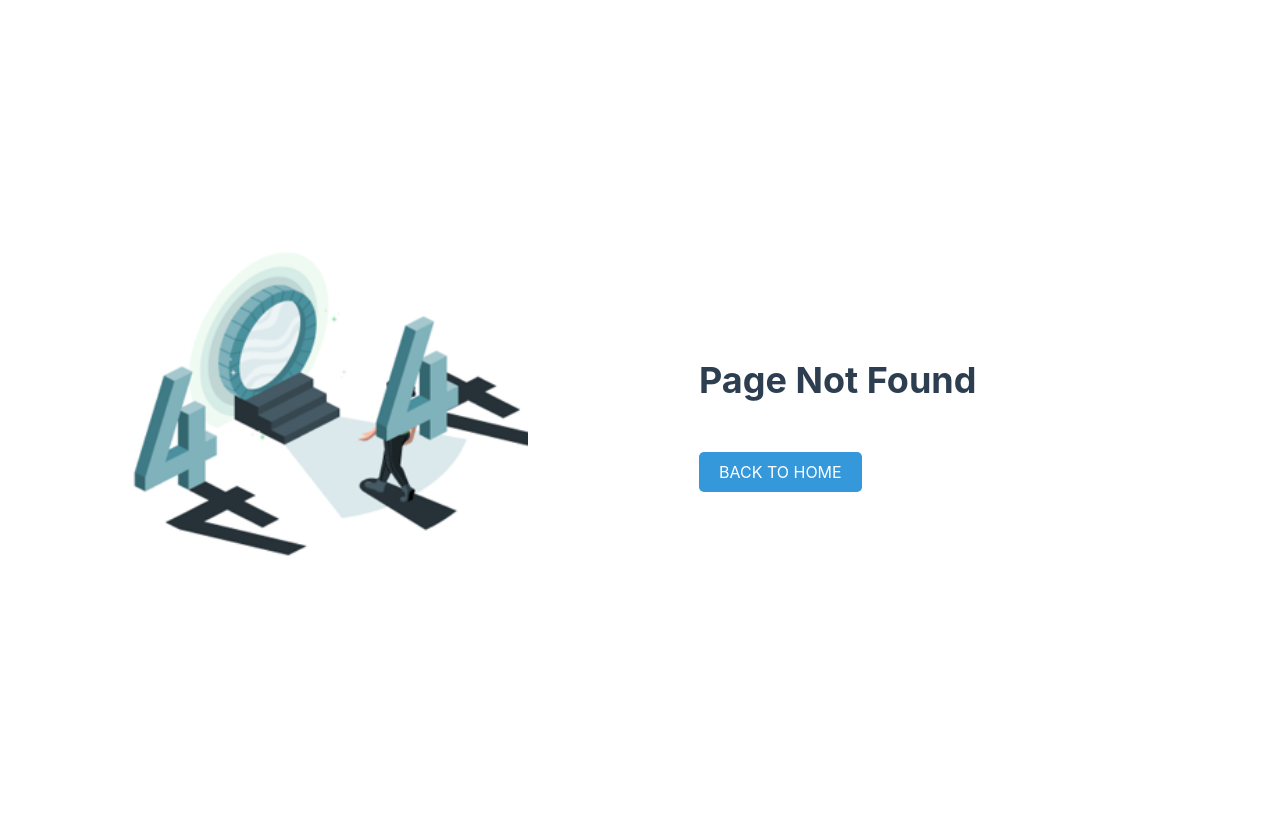
Repository: sarramz/ProjetBI-AI-dev
Page: /1
These files come from the project's save history. The page is drawn as it stood at one moment and after the next save; the edit follows.
The browser window is 1280 px wide. The pictures show the whole page.
The project was rebuilt for these pictures with package versions that can differ from the ones it lists, and the page was loaded fresh each time. Also part of the build but not shown: vite.config.js.

Above is the page before, as saved 2025-02-23 10:30:55.

### src/App.jsx
import React from "react";
import { BrowserRouter as Router, Routes, Route } from "react-router-dom";
import NotFoundPage from "./pages/NotFoundPage.jsx";

const Home = () => <h1 className="text-4xl text-center mt-10">Bienvenue sur la page d'accueil</h1>;

const App = () => {
  return (
    <Router>
      <Routes>
        <Route path="/" element={<Home />} />
        <Route path="*" element={<NotFoundPage />} />
      </Routes>
    </Router>
  );
};

export default App;

### src/pages/NotFoundPage.jsx
import React from "react";
import "./style.css"; // Assure-toi que ce fichier existe
import image404 from "/image.png"; // L'image doit être dans `public/`

export default function NotFoundPage() {
  return (
    <div className="not-found-container">
      <div className="image-container">
        <img src={image404} alt="404 Illustration" />
      </div>
      <div className="text-container">
        <h2>Page Not Found</h2>
        <a href="/" className="back-button">BACK TO HOME</a>
      </div>
    </div>
  );
}

### src/pages/style.css
.not-found-container {
  display: flex;
  align-items: center;
  justify-content: space-between;
  padding: 50px;
  height: 100vh;
}

.text-container {
  flex: 1;
  text-align: left;
  padding-left: 5%;
}

.text-container h2 {
  font-size: 36px;
  color: #2c3e50;
}

.back-button {
  display: inline-block;
  margin-top: 20px;
  padding: 10px 20px;
  background-color: #3498db;
  color: white;
  text-decoration: none;
  border-radius: 5px;
}

.back-button:hover {
  background-color: #2980b9;
}

.image-container {
  flex: 1;
  display: flex;
  justify-content: center;
  padding-right: 5%;
}

.image-container img {
  width: 80%;
  max-width: 500px;
}

Loaded but not shown: index.html (common file); src/main.jsx (common file); src/index.css (common file)

After the next save:
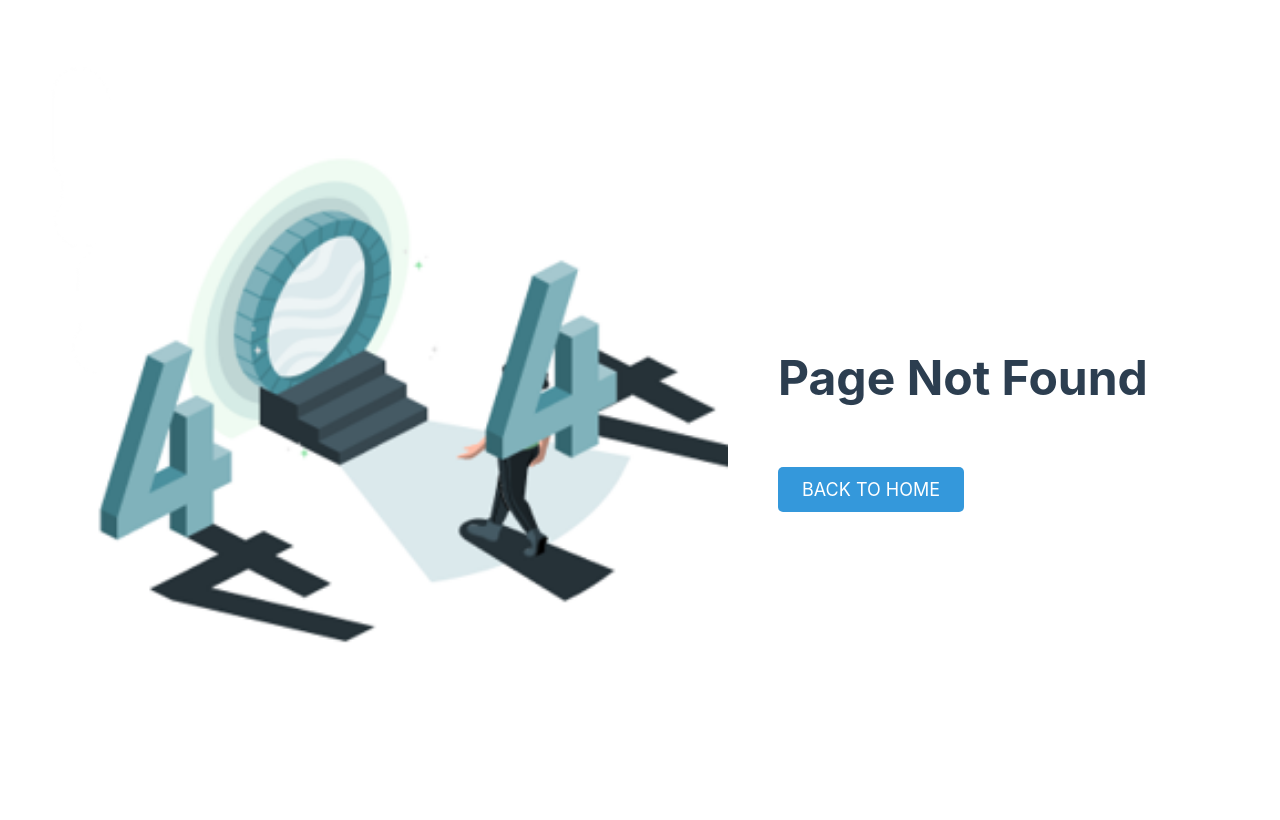
Saved 12 s later.
--- a/src/pages/style.css
+++ b/src/pages/style.css
@@ -1,44 +1,45 @@
 .not-found-container {
   display: flex;
   align-items: center;
-  justify-content: space-between;
+  justify-content: flex-start; /* Décale tout à gauche */
   padding: 50px;
   height: 100vh;
+  gap: 50px; /* Espacement entre l'image et le texte */
+}
+
+.image-container {
+  flex: 1.5; /* Donne plus d'espace à l'image */
+  display: flex;
+  justify-content: flex-start; /* Décale l’image encore plus à gauche */
+}
+
+.image-container img {
+  width: 100%; /* Rend l'image plus grande */
+  max-width: 700px; /* Évite qu'elle ne devienne trop énorme */
 }
 
 .text-container {
   flex: 1;
   text-align: left;
-  padding-left: 5%;
 }
 
 .text-container h2 {
-  font-size: 36px;
+  font-size: 48px; /* Plus grand pour être bien lisible */
   color: #2c3e50;
+  white-space: nowrap; /* Force le texte sur une seule ligne */
 }
 
 .back-button {
   display: inline-block;
   margin-top: 20px;
-  padding: 10px 20px;
+  padding: 12px 24px;
   background-color: #3498db;
   color: white;
   text-decoration: none;
   border-radius: 5px;
+  font-size: 18px;
 }
 
 .back-button:hover {
   background-color: #2980b9;
 }
-
-.image-container {
-  flex: 1;
-  display: flex;
-  justify-content: center;
-  padding-right: 5%;
-}
-
-.image-container img {
-  width: 80%;
-  max-width: 500px;
-}
